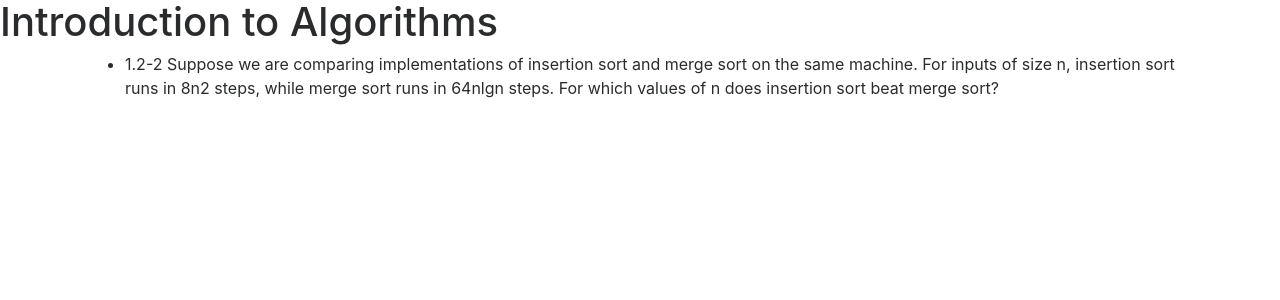
Repository: baltejas/algorithms
Page: algorithms/src/main/webapp/WEB-INF/views/index.html
The author's editor kept a copy of each file at every save. The page is drawn from the files as they stood at one save, then again after the next save.
The browser window is 1280 px wide. The pictures show the whole page.

Above is the page before, as saved 2017-05-06 17:13:06.

### algorithms/src/main/webapp/WEB-INF/views/index.html
<html>
	<head>
		<link rel="stylesheet" href="resources/css/bootstrap.css">
	</head>
	<body>
		<h1>Introduction to Algorithms</h1>
		<div class="container">
  			<div class="row">
				<div class="col">
				<ul>
					<li>1.2-2 Suppose we are comparing implementations of insertion sort and merge sort on the same machine. For inputs of size n, insertion sort runs in 8n2 steps, while merge sort runs in 64nlgn steps. For which values of n does insertion sort beat merge sort?</li>
				</ul>
				</div>
			</div>
		</div>
	</body>
</html>

Loaded but not shown: algorithms/src/main/webapp/resources/css/bootstrap.css (library)

After the next save:
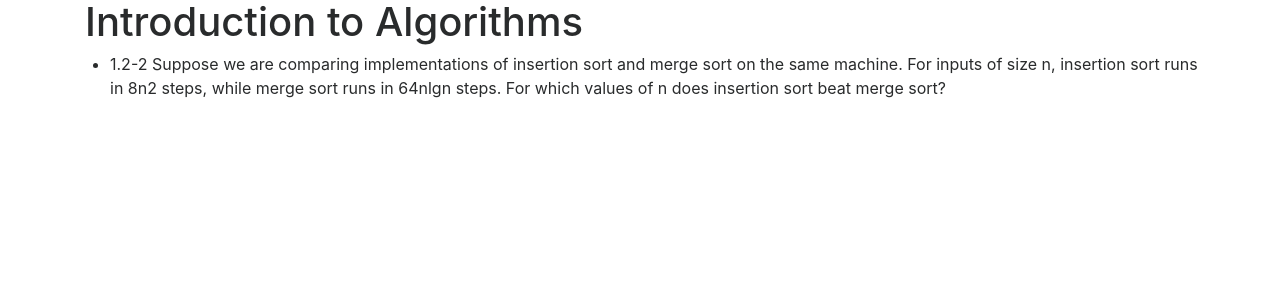
Saved 3 min 33 s later.
--- a/algorithms/src/main/webapp/WEB-INF/views/index.html
+++ b/algorithms/src/main/webapp/WEB-INF/views/index.html
@@ -3,13 +3,13 @@
 		<link rel="stylesheet" href="resources/css/bootstrap.css">
 	</head>
 	<body>
+		<div class="container">
 		<h1>Introduction to Algorithms</h1>
-		<div class="container">
-  			<div class="row">
-				<div class="col">
-				<ul>
-					<li>1.2-2 Suppose we are comparing implementations of insertion sort and merge sort on the same machine. For inputs of size n, insertion sort runs in 8n2 steps, while merge sort runs in 64nlgn steps. For which values of n does insertion sort beat merge sort?</li>
-				</ul>
+			<div class="row">
+				<div class="column">
+					<ul>
+						<li>1.2-2 Suppose we are comparing implementations of insertion sort and merge sort on the same machine. For inputs of size n, insertion sort runs in 8n2 steps, while merge sort runs in 64nlgn steps. For which values of n does insertion sort beat merge sort?</li>
+					</ul>
 				</div>
 			</div>
 		</div>
